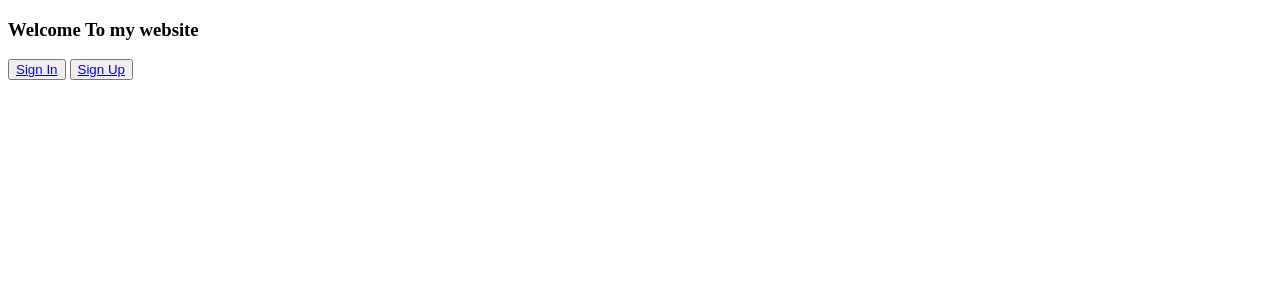
Repository: DHYEY3559/CVM-Project
Page: http://localhost/
An editor plug-in stored every save of this project. The page is shown before and after the next save, followed by the edit.
The browser window is 1280 px wide. The pictures show the whole page.
The page is served by the project's application, run on Django 5.2 (manage.py).

Above is the page before, as saved 2024-06-25 12:51:23.

After the next save:
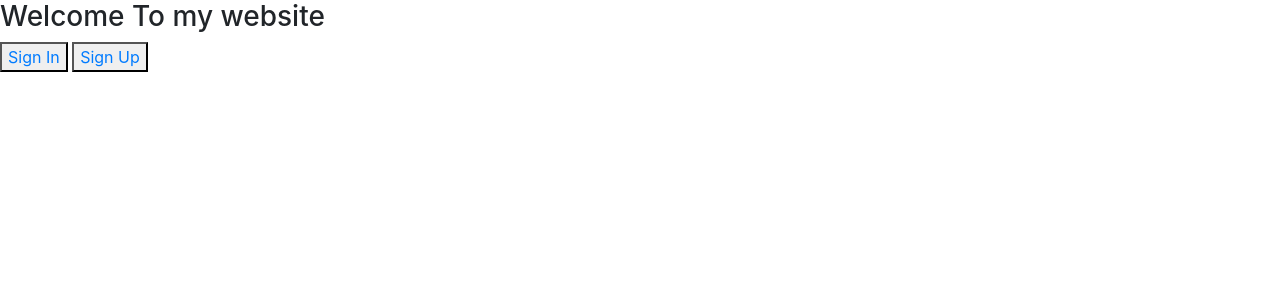
Saved 41 min 18 s later.
--- a/Login website/templates/auth/index.html
+++ b/Login website/templates/auth/index.html
@@ -10,15 +10,16 @@
         <title>Auth</title>
         <meta name="description" content="">
         <meta name="viewport" content="width=device-width, initial-scale=1">
-        <link rel="stylesheets" href="">
+        <!-- Bootstrap CSS -->
+        <link href="https://stackpath.bootstrapcdn.com/bootstrap/4.5.2/css/bootstrap.min.css" rel="stylesheet">
     </head>
     <body>
         {% for message in messages %}
         <div class="alert alert-{{ message.tags }} alert-dismissible fade show" role="alert">
             <strong>Message:</strong> {{ message }}
             <button type="button" class="close" data-dismiss="alert" aria-label="Close">
-            <span aria-hidden="true">&times;</span>
-        </button>
+                <span aria-hidden="true">&times;</span>
+            </button>
         </div>
         {% endfor %}
 
@@ -28,12 +29,14 @@
         <h3>Hello {{ fname }}</h3>
         <h3>You are Successfully Logged in</h3>
         <button type="submit"><a href="/signout">Sign Out</a></button>
-
         {% else %}
         <button type="submit"><a href="/signin">Sign In</a></button>
         <button type="submit"><a href="/signup">Sign Up</a></button>
         {% endif %}
 
-        <script src="" async defer></script>
+        <!-- Bootstrap JS, Popper.js, and jQuery -->
+        <script src="https://code.jquery.com/jquery-3.5.1.slim.min.js"></script>
+        <script src="https://cdn.jsdelivr.net/npm/@popperjs/core@2.9.2/dist/umd/popper.min.js"></script>
+        <script src="https://stackpath.bootstrapcdn.com/bootstrap/4.5.2/js/bootstrap.min.js"></script>
     </body>
 </html>

After the save that followed:
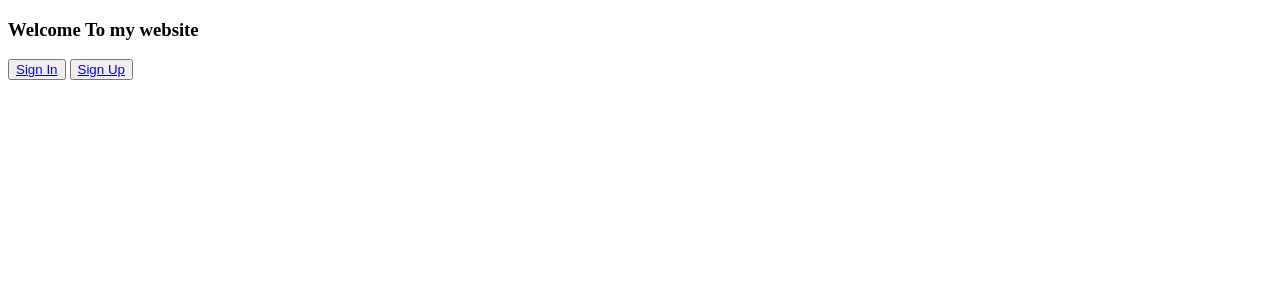
Saved 14 min 0 s later.
--- a/Login website/templates/auth/index.html
+++ b/Login website/templates/auth/index.html
@@ -10,16 +10,15 @@
         <title>Auth</title>
         <meta name="description" content="">
         <meta name="viewport" content="width=device-width, initial-scale=1">
-        <!-- Bootstrap CSS -->
-        <link href="https://stackpath.bootstrapcdn.com/bootstrap/4.5.2/css/bootstrap.min.css" rel="stylesheet">
+        <link rel="stylesheets" href="">
     </head>
     <body>
         {% for message in messages %}
         <div class="alert alert-{{ message.tags }} alert-dismissible fade show" role="alert">
             <strong>Message:</strong> {{ message }}
             <button type="button" class="close" data-dismiss="alert" aria-label="Close">
-                <span aria-hidden="true">&times;</span>
-            </button>
+            <span aria-hidden="true">&times;</span>
+        </button>
         </div>
         {% endfor %}
 
@@ -29,14 +28,12 @@
         <h3>Hello {{ fname }}</h3>
         <h3>You are Successfully Logged in</h3>
         <button type="submit"><a href="/signout">Sign Out</a></button>
+
         {% else %}
         <button type="submit"><a href="/signin">Sign In</a></button>
         <button type="submit"><a href="/signup">Sign Up</a></button>
         {% endif %}
 
-        <!-- Bootstrap JS, Popper.js, and jQuery -->
-        <script src="https://code.jquery.com/jquery-3.5.1.slim.min.js"></script>
-        <script src="https://cdn.jsdelivr.net/npm/@popperjs/core@2.9.2/dist/umd/popper.min.js"></script>
-        <script src="https://stackpath.bootstrapcdn.com/bootstrap/4.5.2/js/bootstrap.min.js"></script>
+        <script src="" async defer></script>
     </body>
 </html>
